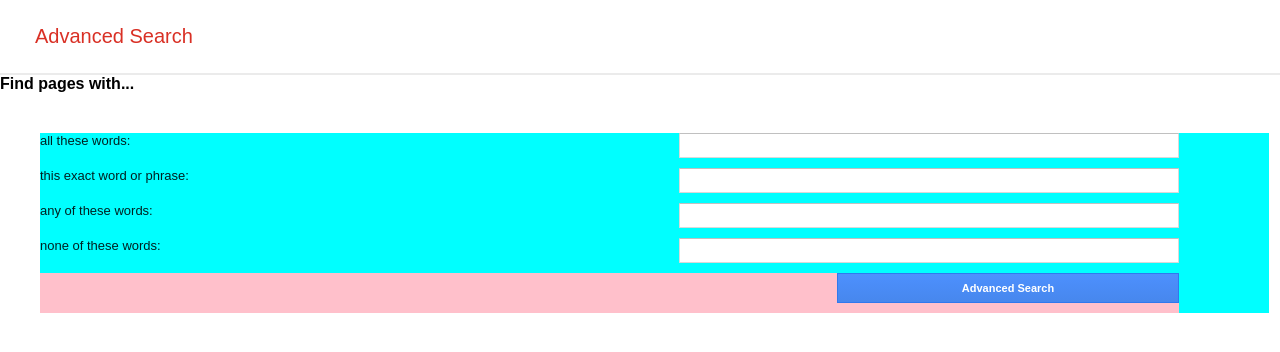
Repository: etentuk/search
Page: advanced_search.html
These files come from the project's save history. The page is drawn as it stood at one moment and after the next save; the edit follows.
The browser window is 1280 px wide. The pictures show the whole page.

Above is the page before, as saved 2021-11-05 16:32:14.

After the next save:
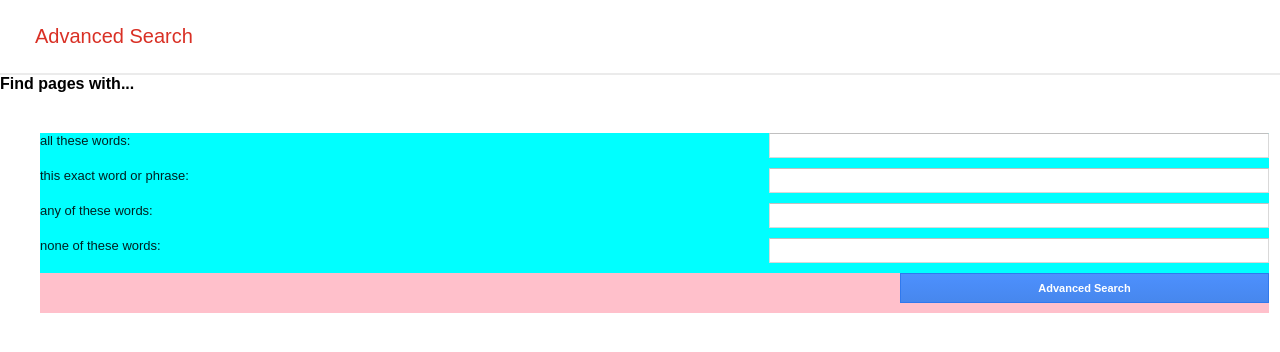
Saved 2 min 22 s later.
--- a/advanced_search.html
+++ b/advanced_search.html
@@ -42,7 +42,7 @@
     <h4>Find pages with...</h4>
     <div>
         <form action="https://google.com/search" id="form">
-            <div style="display: flex; flex-direction: column; padding-right:90px;">
+            <div style="display: flex; flex-direction: column; padding-right60%;">
                 <div class="form-content">
                     <div class="form-label">
                         <label for="as_q">all these words: </label>
